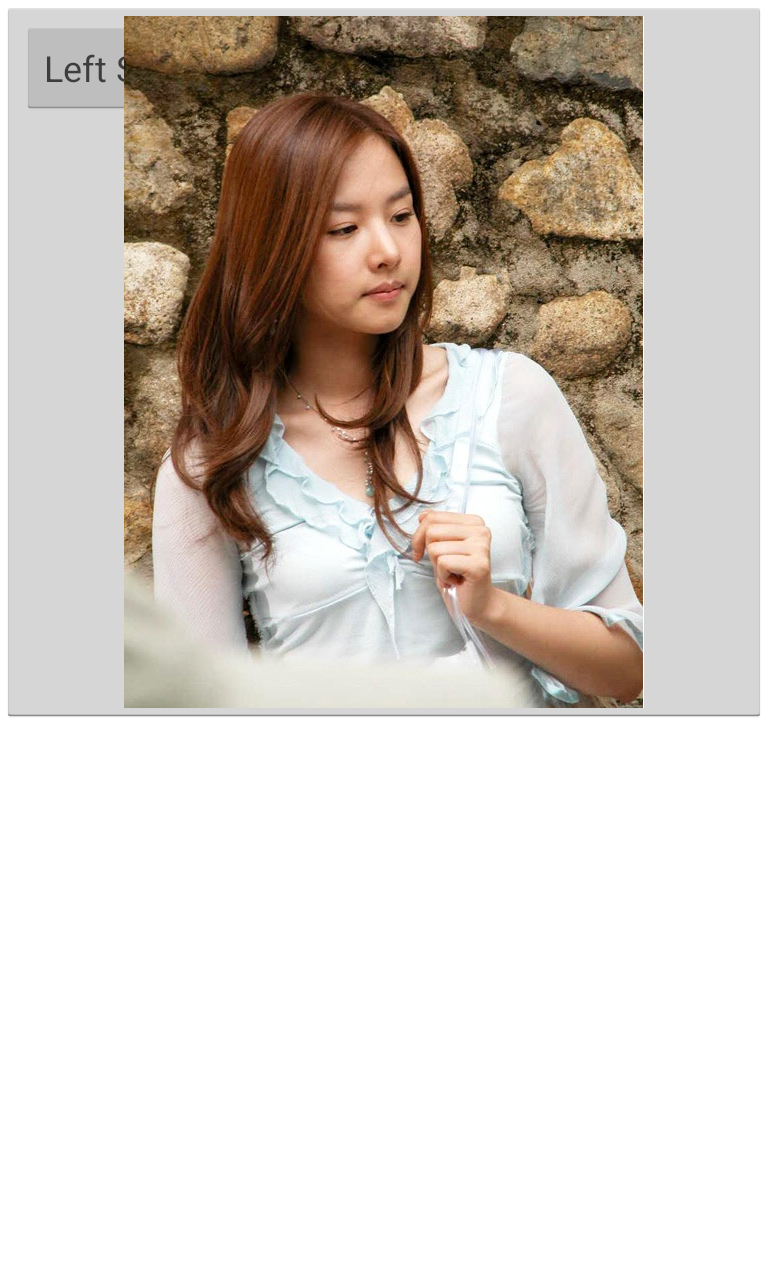
Repository: venusgo/movieClient
Layout: movie_client/res/layout/activity_main.xml
An editor plug-in stored every save of this project. The layout is shown before and after the next save, followed by the edit.
It is drawn on a 768 x 1280 px phone screen (xhdpi) without system bars, with theme AppTheme; the app's code is not run.

Above is the layout before, as saved 2013-09-30 05:10:16.

After the next save:
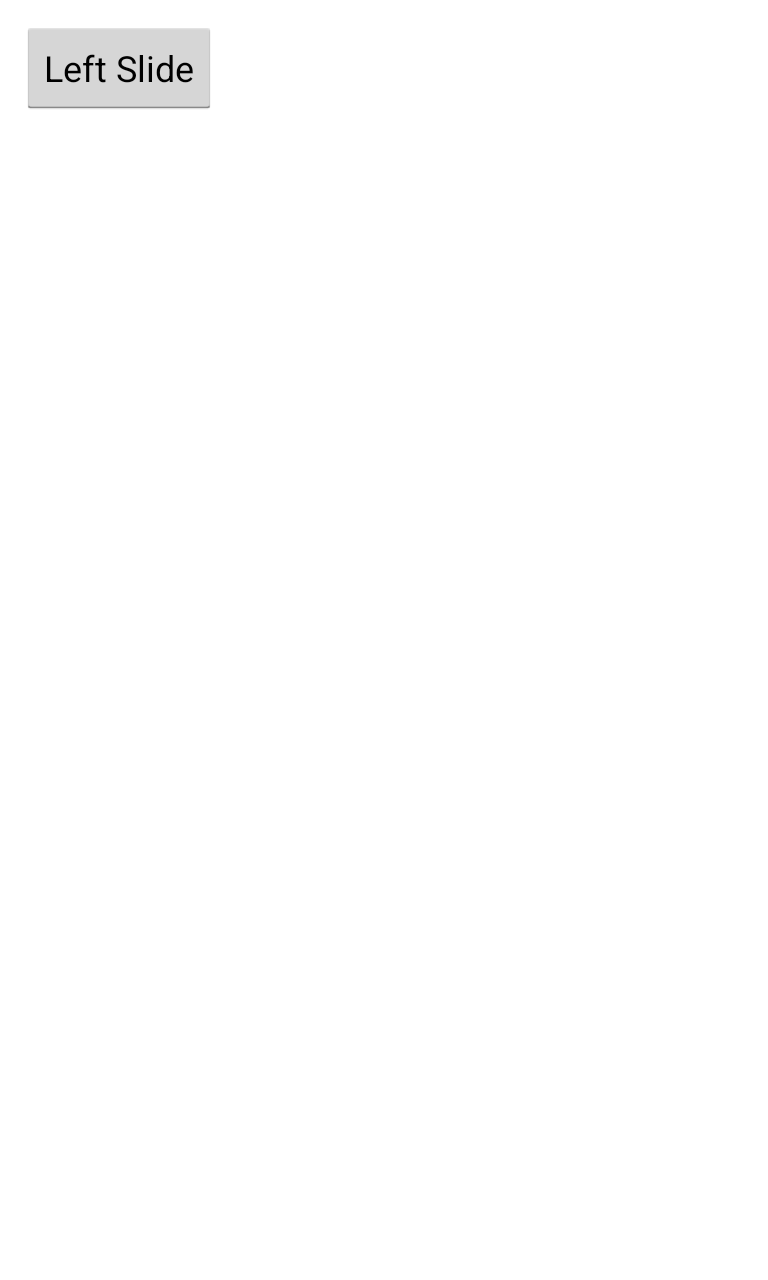
Saved 59 s later.
--- a/movie_client/res/layout/activity_main.xml
+++ b/movie_client/res/layout/activity_main.xml
@@ -49,10 +49,6 @@
                     android:layout_margin="10dp"
                     android:text="Left Slide" />
 
-        <ImageButton
-            android:layout_width="match_parent"
-            android:layout_height="wrap_content"
-            android:src="@drawable/poster" />
               	<LinearLayout
                     android:id="@+id/ll_fragment"
                     android:layout_width="match_parent"
@@ -73,6 +69,10 @@
 
             </FrameLayout>
 
+        <ImageButton
+            android:layout_width="match_parent"
+            android:layout_height="wrap_content"
+            android:src="@drawable/poster" />
 
         </LinearLayout>
 

After the save that followed:
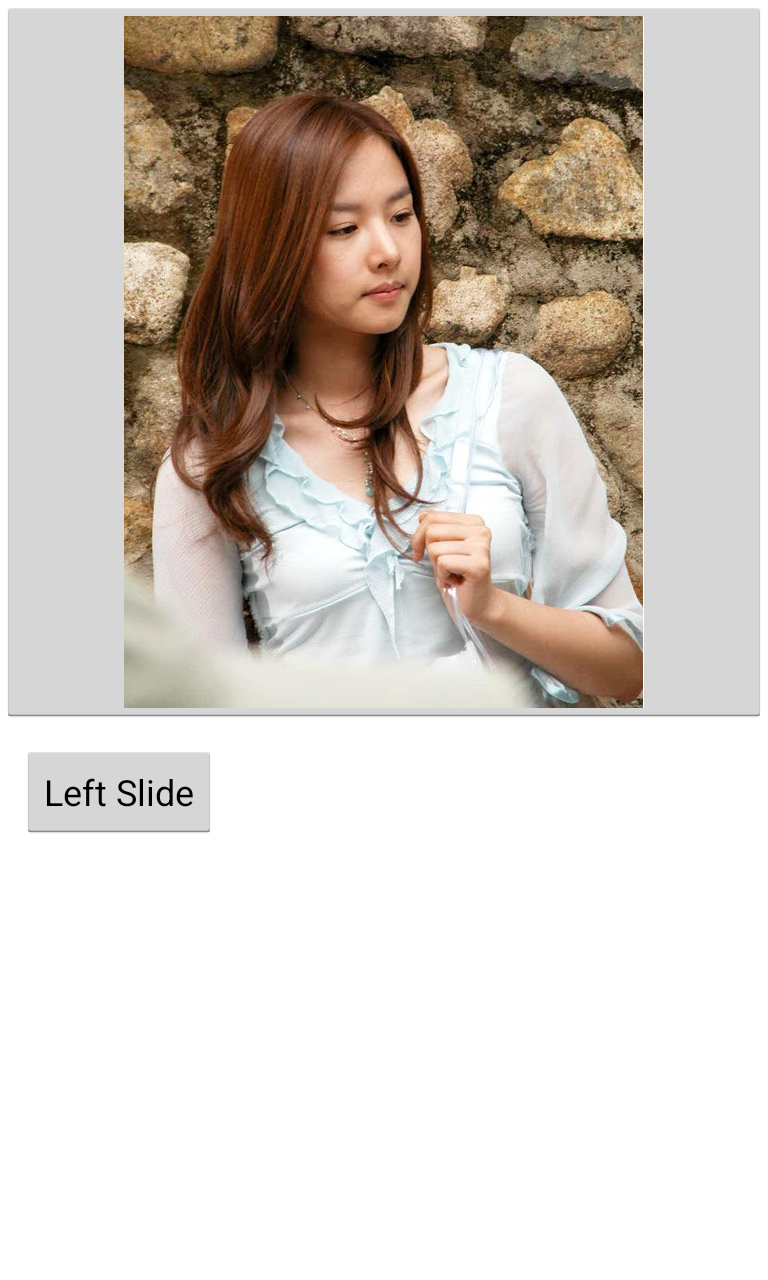
Saved 8 min 47 s later.
--- a/movie_client/res/layout/activity_main.xml
+++ b/movie_client/res/layout/activity_main.xml
@@ -38,6 +38,11 @@
             android:gravity="left"
             android:orientation="vertical" >
 
+            <ImageButton
+                android:layout_width="match_parent"
+                android:layout_height="wrap_content"
+                android:src="@drawable/poster" />
+
             <FrameLayout
                 android:layout_width="match_parent"
                 android:layout_height="match_parent" >
@@ -64,15 +69,9 @@
                     android:background="@android:color/transparent"
                     android:orientation="vertical" >
 
-
                 </LinearLayout>
 
             </FrameLayout>
-
-        <ImageButton
-            android:layout_width="match_parent"
-            android:layout_height="wrap_content"
-            android:src="@drawable/poster" />
 
         </LinearLayout>
 
